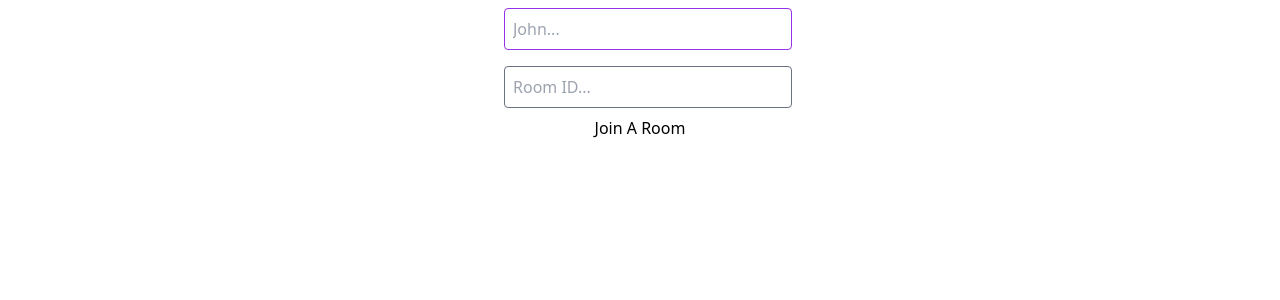
Repository: GabrielMorring/tictactoe
Page: /
The author's editor kept a copy of each file at every save. The page is drawn from the files as they stood at one save, then again after the next save.
The browser window is 1280 px wide. The pictures show the whole page.
The page's requests for data from a server got no answer. The project was rebuilt for these pictures with package versions that can differ from the ones it lists, and the page was loaded fresh each time. No one was signed in, and anything a server would have sent is missing. Also part of the build but not shown: src/components/Square.jsx, src/components/Board.jsx.

Above is the page before, as saved 2022-06-20 10:20:19.

### src/App.js
import Board from "./components/Board";
import { useState } from "react";
import io from "socket.io-client";

const socket = io.connect("http://localhost:3001");

function App() {
  const [showBoard, setShowBoard] = useState(false);
  const [userName, setUserName] = useState("");
  const [room, setRoom] = useState("");

  const joinRoom = () => {
    if (userName !== "" && room !== "") {
      socket.emit("join_room", room);
      setShowBoard(true);
    } else {
      alert("Please enter a username and room");
    }
  };

  return (
    <div className="">
      {showBoard ? (
        <Board socket={socket} userName={userName} room={room} />
      ) : (
        <div className="flex flex-col w-72 mx-auto justify-items-center">
          <input
            className="w-full p-2 m-2 border border-purple-600 rounded"
            type="text"
            placeholder="John..."
            onChange={(e) => setUserName(e.target.value)}
          />
          <input
            className="w-full p-2 m-2 border border-gray-500 rounded"
            type="text"
            placeholder="Room ID..."
            onChange={(e) => setRoom(e.target.value)}
          />
          <button onClick={joinRoom}>Join A Room</button>
        </div>
      )}
    </div>
  );
}

export default App;

Loaded but not shown: public/index.html (common file); src/index.js (common file); src/index.css (common file); src/reportWebVitals.js (common file); tailwind.config.js (common file)

After the next save:
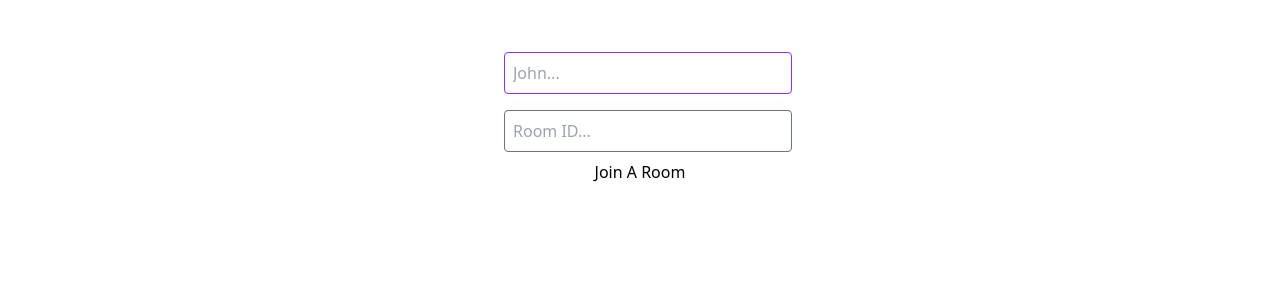
Saved 31 s later.
--- a/src/App.js
+++ b/src/App.js
@@ -23,7 +23,7 @@ function App() {
       {showBoard ? (
         <Board socket={socket} userName={userName} room={room} />
       ) : (
-        <div className="flex flex-col w-72 mx-auto justify-items-center">
+        <div className="flex flex-col w-72 mx-auto my-11">
           <input
             className="w-full p-2 m-2 border border-purple-600 rounded"
             type="text"
